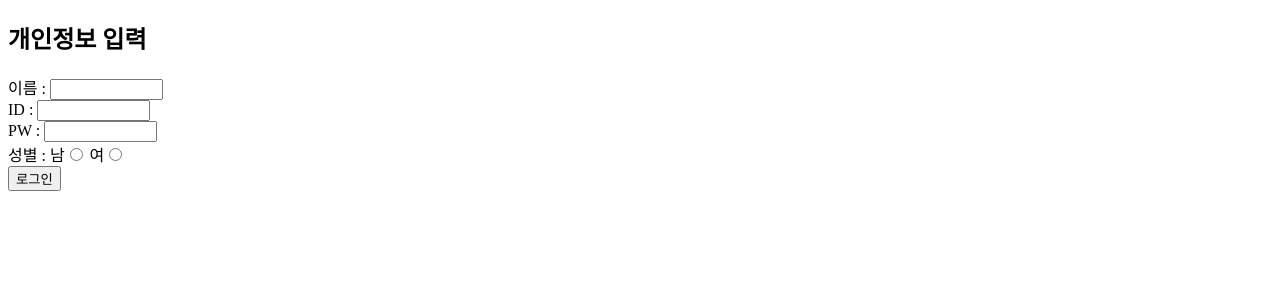
Repository: yoojinhee/JSP_study
Page: http://localhost/Test_JSP/testForm.jsp
These files come from the project's save history. The page is drawn as it stood at one moment and after the next save; the edit follows.
The browser window is 1280 px wide. The pictures show the whole page.
The page is served by Tomcat 9. Other server files are loaded and not shown.

Above is the page before, as saved 2020-05-07 00:05:16.

### Project/Test_JSP/WebContent/testForm.jsp
<%@ page language="java" contentType="text/html; charset=UTF-8"
    pageEncoding="UTF-8"%>
<!DOCTYPE html>
<html>
<head>
<meta charset="UTF-8">
<title>Insert title here</title>
</head>
<body>
<h2>개인정보 입력</h2>
<form action="">
이름 : <input type="text" name="name" value="" size="11"><br>
ID : <input type="text" name="id" value="" size="11"><br>
PW : <input type="password" name="password" value="" size="11"><br>
성별 :
	 남<input type="radio" name="gen" value="M">
	 여<input type="radio" name="gen" value="F"><br>
	 <!-- 라디오 -> name이 같아야 동기화 -->

<input type="submit" value="로그인">
</form>
</body>
</html>

After the next save:
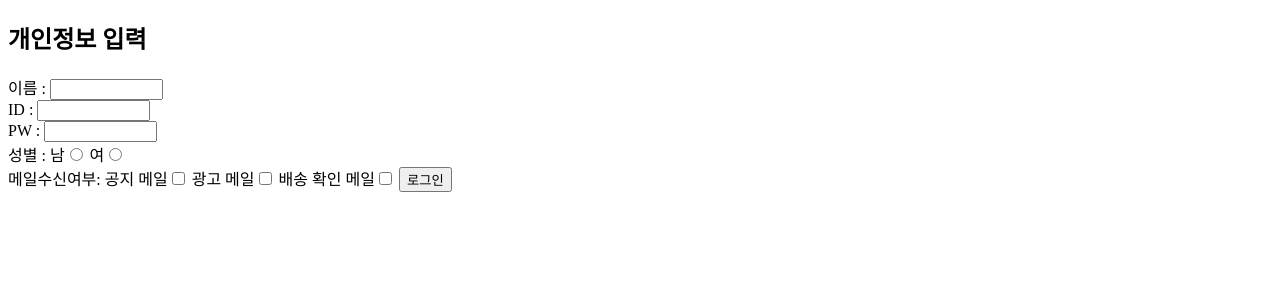
Saved 3 min 39 s later.
--- a/Project/Test_JSP/WebContent/testForm.jsp
+++ b/Project/Test_JSP/WebContent/testForm.jsp
@@ -16,7 +16,10 @@ PW : <input type="password" name="password" value="" size="11"><br>
 	 남<input type="radio" name="gen" value="M">
 	 여<input type="radio" name="gen" value="F"><br>
 	 <!-- 라디오 -> name이 같아야 동기화 -->
-
+메일수신여부:
+	공지 메일<input type="checkbox" name="inotice">
+	광고 메일<input type="checkbox" name="cnotice">
+	배송 확인 메일<input type="checkbox" name="dnotice">
 <input type="submit" value="로그인">
 </form>
 </body>
